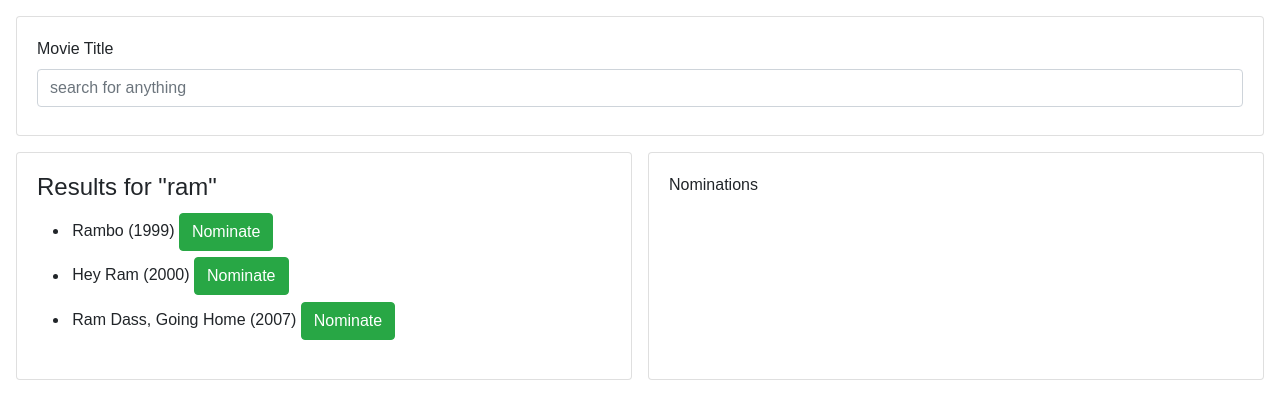
Repository: akinsikuoluwafemi/shoppies-movie-collection
Page: /
These files come from the project's save history. The page is drawn as it stood at one moment and after the next save; the edit follows.
The browser window is 1280 px wide. The pictures show the whole page.
The project was rebuilt for these pictures with package versions that can differ from the ones it lists, and the page was loaded fresh each time. Also part of the build but not shown: src/App.css.

Above is the page before, as saved 2021-01-10 09:17:59.

After the next save:
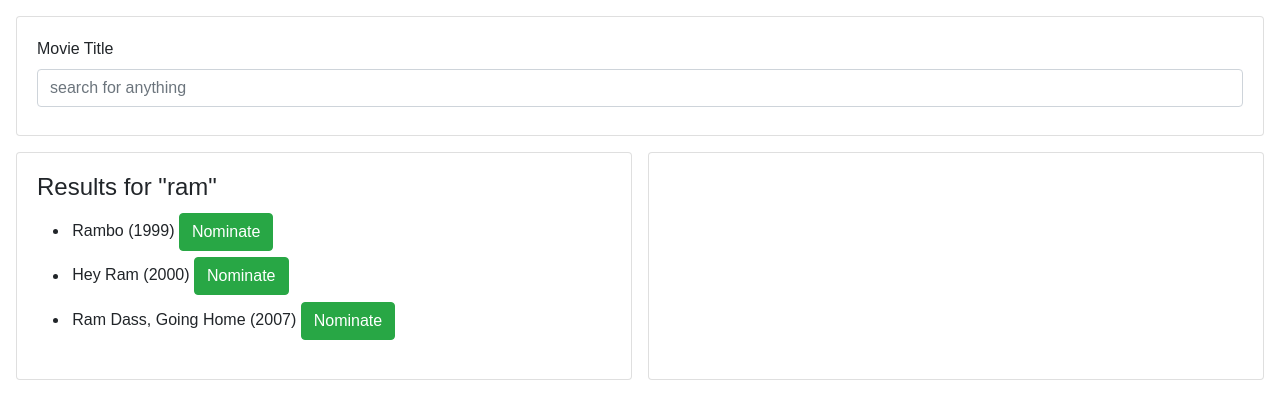
Saved 61 s later.
--- a/src/components/Nominations.js
+++ b/src/components/Nominations.js
@@ -3,5 +3,7 @@ import CardWrapper from './CardWrapper';
 
 
 export default function Nominations() {
-    return <CardWrapper>Nominations</CardWrapper>;
+    return <CardWrapper>
+
+    </CardWrapper>;
 }
